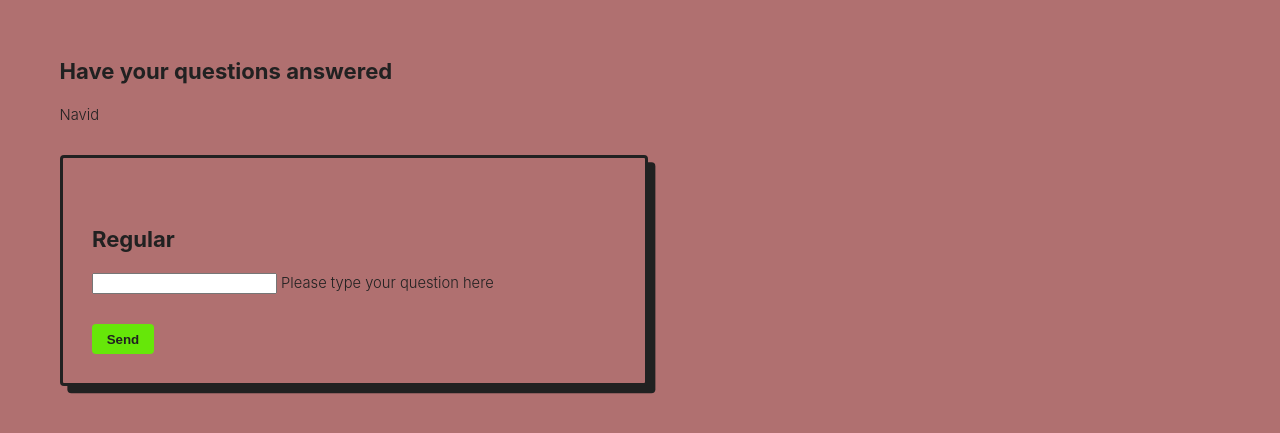
Repository: navid-amini12/capstone-1
Page: quiz.html
An editor plug-in stored every save of this project. The page is shown before and after the next save, followed by the edit.
The browser window is 1280 px wide. The pictures show the whole page.
Some web fonts or font styles are not loaded; a fallback is used.

Above is the page before, as saved 2022-05-17 12:31:31.

After the next save:
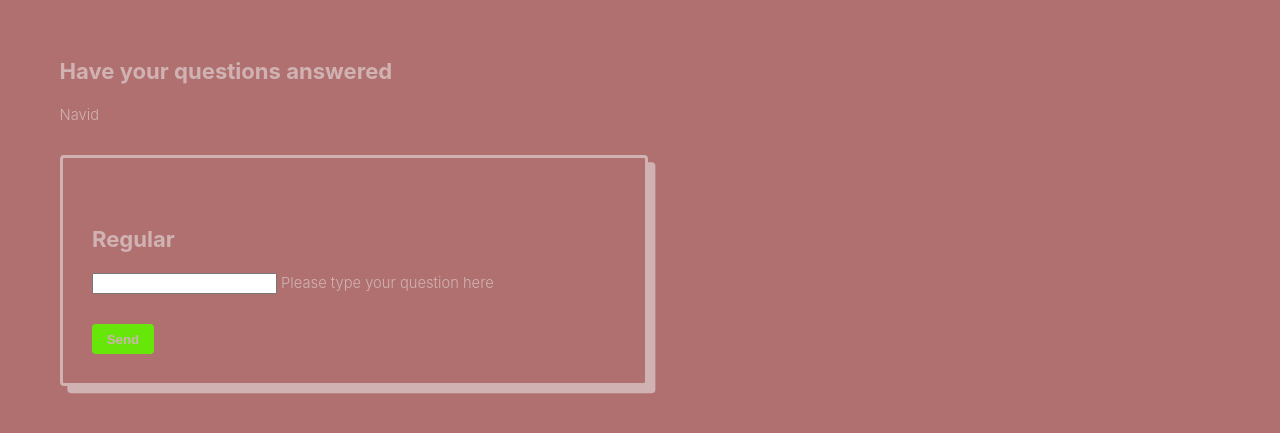
Saved 8 s later.
--- a/quiz.css
+++ b/quiz.css
@@ -2,7 +2,7 @@
 
 :root {
   --color-light: rgb(176, 112, 112);
-  --color-dark: #212121;
+  --color-dark: #d1b2b2;
   --color-signal: #66e709;
 
   --color-background: var(--color-light);
